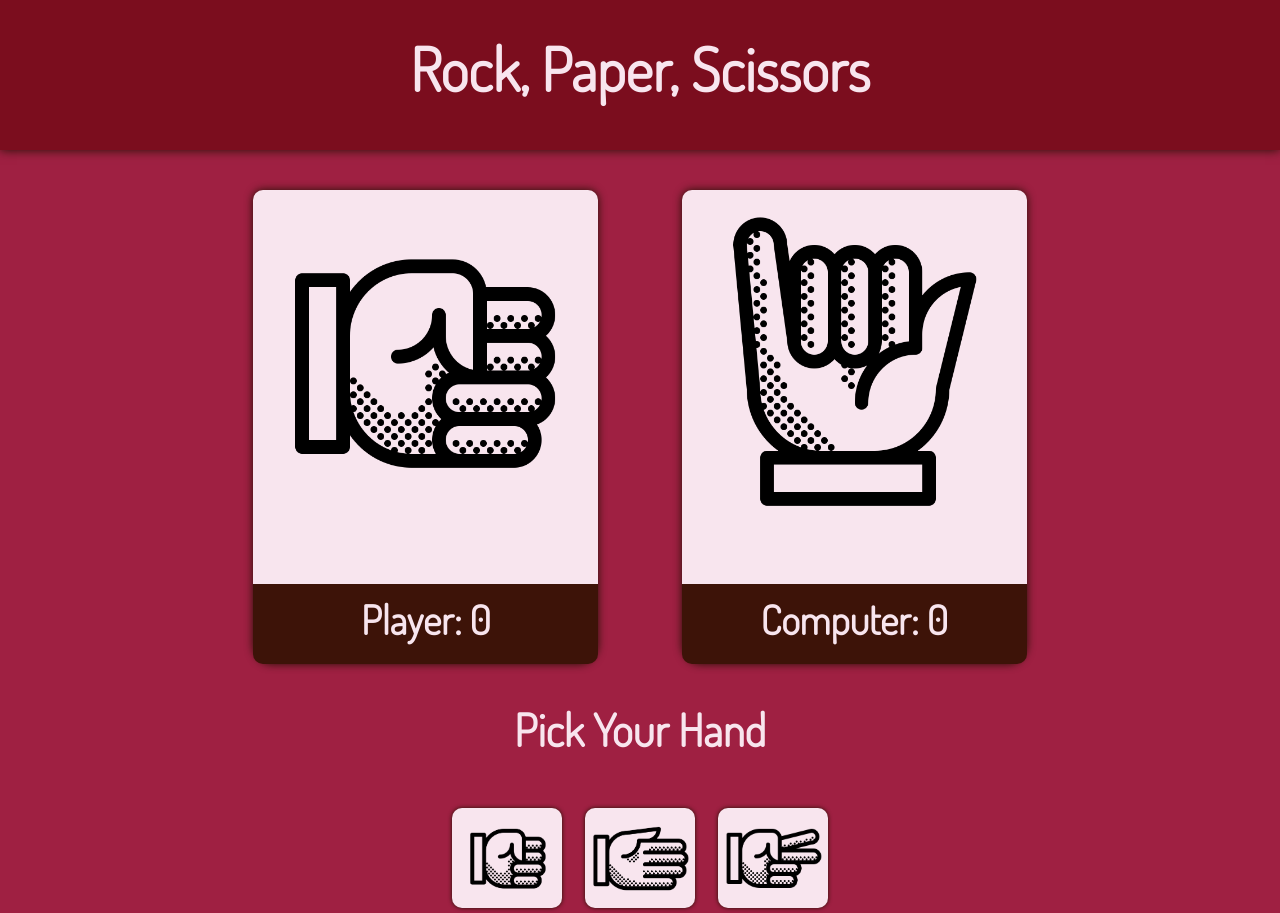
Repository: shayanabedi98/rock-paper-scissors
Page: index.html
These files come from the project's save history. The page is drawn as it stood at one moment and after the next save; the edit follows.
The browser window is 1280 px wide. The pictures show the whole page.
After loading, the first visible `#rock` was clicked once.

Above is the page before, as saved 2023-07-14 01:07:27.

### index.html
<!DOCTYPE html>
<html lang="en">
<head>
    <meta charset="UTF-8">
    <meta name="viewport" content="width=device-width, initial-scale=1.0">
    <title>Rock, Paper, Scissors</title>
    <link rel="preconnect" href="https://fonts.googleapis.com">
    <link rel="preconnect" href="https://fonts.gstatic.com" crossorigin>
    <link href="https://fonts.googleapis.com/css2?family=Dosis:wght@300&display=swap" rel="stylesheet">
    <link rel="stylesheet" href="styles.css">
</head>
<body>
    <div class="header">
        <h1>Rock, Paper, Scissors</h1>
    </div>
    <div class="container">
        <div class="card">
            <div class="player">
                <img src="resources/startleft.png" alt="Starting image before game">
                <h3>Player: 0</h3>
            </div>
        </div>
        <div class="card">
            <div class="computer">
                <img src="resources/start.png" alt="Starting image before game">
                <h3>Computer: 0</h3>
            </div>
        </div>
    </div>
    <div class="caption">
        <h2>Pick Your Hand</h2>
    </div>
    <div class="button-container">
        <button class="btn" id="rock"><img src="resources/rockleft.png" alt="rock option"></button>
        <button class="btn" id="paper"><img src="resources/paperleft.png" alt="paper option"></button>
        <button class="btn" id="scissors"><img src="resources/scissorsleft.png" alt="scissors option"></button>
    </div>
    <script src="index.js"></script>
</body>
</html>

### styles.css
body {
    font-family:'Dosis', sans-serif;
    margin: 0;
    padding: 0;
    background-color: #9F2042;
    color: #F8E5EE;
}

h1 {
    font-size: 60px;
    margin-top: 0;

}

.header {
    text-align: center;
    background-color: #7B0D1E;
    height: 120px;
    padding-top: 30px;
    box-shadow: 0 0 10px 0 #211103;
}

.caption {
    text-align: center;
    font-size: 30px;
}

.container {
    text-align: center;
    display: block;
    margin-top: 40px;
}

.card {
    display: inline-block;
    background-color: #F8E5EE;
    box-shadow: 0 0 8px 0 #211103;
    margin: 0 40px;
    border-radius: 10px 10px 20px 20px;
}

.card img {
    height: 350px;
    width: 345px;
}

.card h3 {
    font-size: 40px;
    color: #F8E5EE;
    background-color: #3D1308;
    margin-bottom: 0;
    height: 70px;
    padding-top: 10px;
    border-radius: 0  0 10px 10px;
}

.button-container {
    text-align: center;
    margin-top: 50px;
}

#rock, #paper, #scissors {
    font-family: 'Dosis', sans-serif;
    background-color: #F8E5EE;
    color: #211103;
    width: 110px;
    height: 100px;
    cursor: pointer;
    border: 0;
    border-radius: 10px;
    box-shadow: 0 0 4px 0 #211103;
    margin: 0 10px;
}

#rock img, #paper img, #scissors img {
    height: 100px;
}

#rock:hover, #paper:hover, #scissors:hover {
    box-shadow: 0 0 10px 0 #211103;
}

#rock:active, #paper:active, #scissors:active, #rock img:active, #paper img:active, #scissors img:active {
    box-shadow: none;
    height: 99px;
}

### index.js
var scoreP = 0;
var scoreC = 0;
var caption = document.querySelector('.caption h2');
var rock = document.querySelector('#rock');
var paper = document.querySelector('#paper');
var scissors = document.querySelector('#scissors');
var computer = document.querySelector('.computer img');
var player = document.querySelector('.player img');
var btn = document.querySelectorAll('.btn');

function rng() {
    return Math.floor(Math.random() * 3) + 1;
};

rock.addEventListener('click', function() {
    player.src = 'resources/rockleft.png';
})
paper.addEventListener('click', function() {
    player.src = 'resources/paperleft.png';
})
scissors.addEventListener('click', function() {
    player.src = 'resources/scissorsleft.png';
})

function compNumber() {
    for (let i = 0; i < btn.length; i ++){
        btn[i].addEventListener('click', function() {
           return rng();
        })
    }
}

if (compNumber() === 1) {
    computer.src = 'resources/rock.png';
} else if (compNumber() === 2) {
    computer.src = 'resources/paper.png';
} else if (compNumber() === 3) {
    computer.src = 'resources/scissors.png';
}

After the next save:
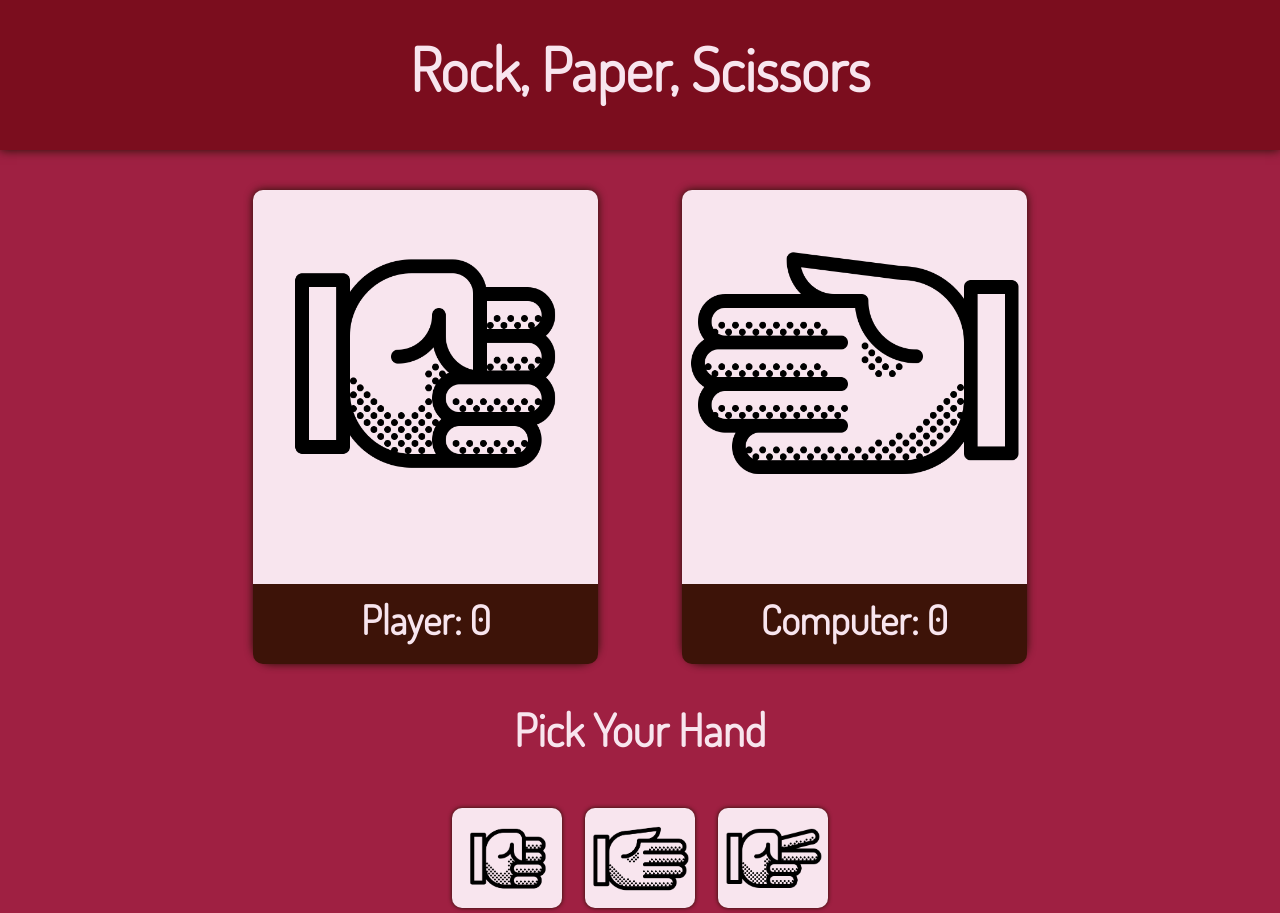
Saved 24 s later.
--- a/index.js
+++ b/index.js
@@ -22,18 +22,15 @@ scissors.addEventListener('click', function() {
     player.src = 'resources/scissorsleft.png';
 })
 
-function compNumber() {
-    for (let i = 0; i < btn.length; i ++){
-        btn[i].addEventListener('click', function() {
-           return rng();
-        })
-    }
+for (let i = 0; i < btn.length; i ++){
+    btn[i].addEventListener('click', function() {
+        rng();
+        if (rng() === 1) {
+            computer.src = 'resources/rock.png';
+        } else if (rng() === 2) {
+            computer.src = 'resources/paper.png';
+        } else if (rng() === 3) {
+            computer.src = 'resources/scissors.png';
+        }
+    });
 }
-
-if (compNumber() === 1) {
-    computer.src = 'resources/rock.png';
-} else if (compNumber() === 2) {
-    computer.src = 'resources/paper.png';
-} else if (compNumber() === 3) {
-    computer.src = 'resources/scissors.png';
-}
